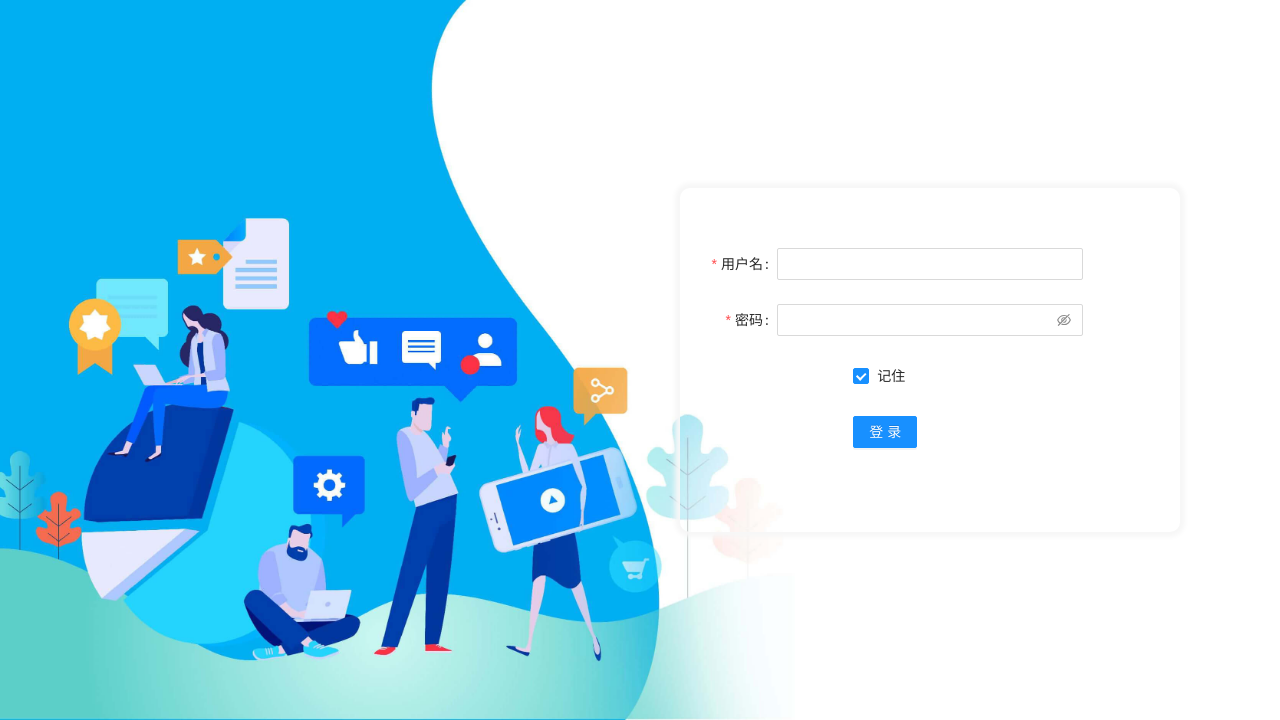
Repository: DallenCat/react-test
Page: /login
These files come from the project's save history. The page is drawn as it stood at one moment and after the next save; the edit follows.
The browser window is 1280 px wide. The pictures show the whole page.
The project was rebuilt for these pictures with package versions that can differ from the ones it lists, and the page was loaded fresh each time. Also part of the build but not shown: src/containers/dashboard/index.js, src/containers/personal/index.js, src/components/layout/index.css, src/components/layout/sider/menu.js, src/components/layout/sider/logo.js, src/components/layout/sider/index.js, src/components/layout/index.js.

Above is the page before, as saved 2021-10-29 17:32:17.

### src/index.js
/*
 * @Descripttion:
 * @version:
 * @Author: dal
 * @Date: 2021-10-26 17:14:54
 * @LastEditors: dal
 * @LastEditTime: 2021-10-28 17:36:55
 */
import React from 'react';
import ReactDOM from 'react-dom';
import './index.css';
import App from './App';
import reportWebVitals from './reportWebVitals';
import { Provider } from "react-redux"
import store from "./store"

ReactDOM.render(
  <Provider store={store}>
    <App />
  </Provider>,
  document.getElementById('root')
);

// If you want to start measuring performance in your app, pass a function
// to log results (for example: reportWebVitals(console.log))
// or send to an analytics endpoint. Learn more: https://bit.ly/CRA-vitals
reportWebVitals();

### src/App.js
/*
 * @Descripttion:
 * @version:
 * @Author: dal
 * @Date: 2021-10-26 17:14:54
 * @LastEditors: dal
 * @LastEditTime: 2021-10-29 16:36:06
 */

import './App.css';
import Routes from './routes';
import { BrowserRouter as Router, Switch, Route } from 'react-router-dom';
import SiderDemo from "@/components/layout/index.js"
import { Component } from 'react';
class App extends Component {
  render() {
    let staticPage = ['/login'] //不需要左侧导航的页面
    let LayoutRouter = (props) => {
      if (staticPage.includes(props.location.pathname)) {
        return (
          <Routes />
        )
      } else {
        return (
          <SiderDemo>
            <Routes />
          </SiderDemo>
        )
      }
    }
    return (
      <Router>
        <Switch>
          <Route path="/" component={LayoutRouter} />
        </Switch>
      </Router>
    )
  }

}
// render(<Router routes={routes} />, document.body)
export default App;

### src/store/index.js
/*
 * @Descripttion:
 * @version:
 * @Author: dal
 * @Date: 2021-10-28 17:32:00
 * @LastEditors: dal
 * @LastEditTime: 2021-10-29 15:12:22
 */
import { configureStore } from '@reduxjs/toolkit'

import counterReducer from '@/reducers/counterReducer'
import menuReducer from '@/reducers/menuReducer'

export default configureStore({
  reducer: {
    counter: counterReducer,
    menu: menuReducer
  }
})

### src/App.css
@import '~antd/dist/antd.css';

.App {
  text-align: center;
}

.App-logo {
  height: 40vmin;
  pointer-events: none;
}

@media (prefers-reduced-motion: no-preference) {
  .App-logo {
    animation: App-logo-spin infinite 20s linear;
  }
}

.App-header {
  background-color: #282c34;
  min-height: 100vh;
  display: flex;
  flex-direction: column;
  align-items: center;
  justify-content: center;
  font-size: calc(10px + 2vmin);
  color: white;
}

.App-link {
  color: #61dafb;
}

@keyframes App-logo-spin {
  from {
    transform: rotate(0deg);
  }

  to {
    transform: rotate(360deg);
  }
}

### src/routes/index.js
/*
 * @Descripttion:
 * @version:
 * @Author: dal
 * @Date: 2021-10-26 17:34:53
 * @LastEditors: dal
 * @LastEditTime: 2021-10-29 16:08:19
 */
import Login from "@/containers/login"
import Dashboard from "@/containers/dashboard"
import Personal from "@/containers/personal"
import { Route, Switch, withRouter } from 'react-router-dom';

const routes = () => {
  return (
    <Switch>
      <Route exact path={"/login"} component={Login} />
      <Route exact path={"/dashboard"} component={Dashboard} />
      <Route exact path={"/personal"} component={Personal} />

    </Switch>
  )
}
export default withRouter(routes)

### src/reducers/counterReducer.js
/*
 * @Descripttion:
 * @version:
 * @Author: dal
 * @Date: 2021-10-28 17:35:16
 * @LastEditors: dal
 * @LastEditTime: 2021-10-29 14:37:24
 */
import { createSlice } from '@reduxjs/toolkit'

export const counterSlice = createSlice({
  name: 'counter',
  initialState: {
    value: 0
  },
  reducers: {
    increment: state => {
      // Redux Toolkit allows us to write "mutating" logic in reducers. It
      // doesn't actually mutate the state because it uses the immer library,
      // which detects changes to a "draft state" and produces a brand new
      // immutable state based off those changes
      state.value += 1
    },
    decrement: state => {
      state.value -= 1
    },
    incrementByAmount: (state, action) => {
      state.value += action.payload
    }
  }
})

export const { increment, decrement, incrementByAmount } = counterSlice.actions
export const selectCount = state => state.counter.value
export default counterSlice.reducer

### src/reducers/menuReducer.js
/*
 * @Descripttion:
 * @version:
 * @Author: dal
 * @Date: 2021-10-29 14:58:26
 * @LastEditors: dal
 * @LastEditTime: 2021-10-29 15:12:01
 */
import { createSlice } from "@reduxjs/toolkit"

export const menuSlice = createSlice({
  name: "menu",
  initialState: {
    value: []
  },
  reducers: {
    setMenu: (state, action) => {
      state.value = action.payload
    }
  }
})
export const { setMenu } = menuSlice.actions
export const getMenu = state => state.menu.value
export default menuSlice.reducer

### src/containers/login/index.js
/*
 * @Descripttion:
 * @version:
 * @Author: dal
 * @Date: 2021-10-29 15:24:14
 * @LastEditors: dal
 * @LastEditTime: 2021-10-29 17:31:52
 */
import { Component } from "react";
import { Form, Input, Button, Checkbox } from 'antd';
import "./login.scss"

export function LoginForm(props) {

  const onFinish = (values) => {
    console.log('Success:', values);
  };

  const onFinishFailed = (errorInfo) => {
    console.log('Failed:', errorInfo);
  };
  return (
    <Form
      name="basic"
      labelCol={{ span: 4, }}
      wrapperCol={{ span: 16, }}
      initialValues={{ remember: true, }}
      onFinish={onFinish}
      onFinishFailed={onFinishFailed}
      autoComplete="off"
    >
      <Form.Item
        label="用户名"
        name="username"
        rules={[{ required: true, message: '请输入用户名', },]}
      >
        <Input />
      </Form.Item>

      <Form.Item
        label="密码"
        name="password"
        rules={[{ required: true, message: '请输入密码', },]}
      >
        <Input.Password />
      </Form.Item>

      <Form.Item
        name="remember"
        valuePropName="checked"
        wrapperCol={{ offset: 8, span: 16, }}
      >
        <Checkbox>记住</Checkbox>
      </Form.Item>

      <Form.Item wrapperCol={{ offset: 8, span: 16, }} >
        <Button type="primary" htmlType="submit">
          登录
        </Button>
      </Form.Item>
    </Form>
  );

}
//这边只有子组件内部的数据流向
//子组件与父组件怎么通信？
class LOGIN extends Component {
  render(h) {
    return (
      <div>
        <div className="bg">
          <div className="form">
            <LoginForm></LoginForm>
          </div>
        </div>
      </div>
    )
  }
}
export default LOGIN

### src/containers/login/login.scss
.bg {
  width: 100%;
  height: 100vh;
  background-image: url('~@/assets/images/login-background.jpg');
  background-size: 100% 100%;
  background-repeat: no-repeat;
  display: flex;
  align-items: center;
  justify-content: flex-end;
}

.form {
  width: 500px;
  margin-right: 100px;
  box-shadow: 0px 0px 5px 5px #f7f7f7;
  padding: 60px 20px;
  border-radius: 10px;
}

Loaded but not shown: public/index.html (common file); src/index.css (common file); src/reportWebVitals.js (common file)

After the next save:
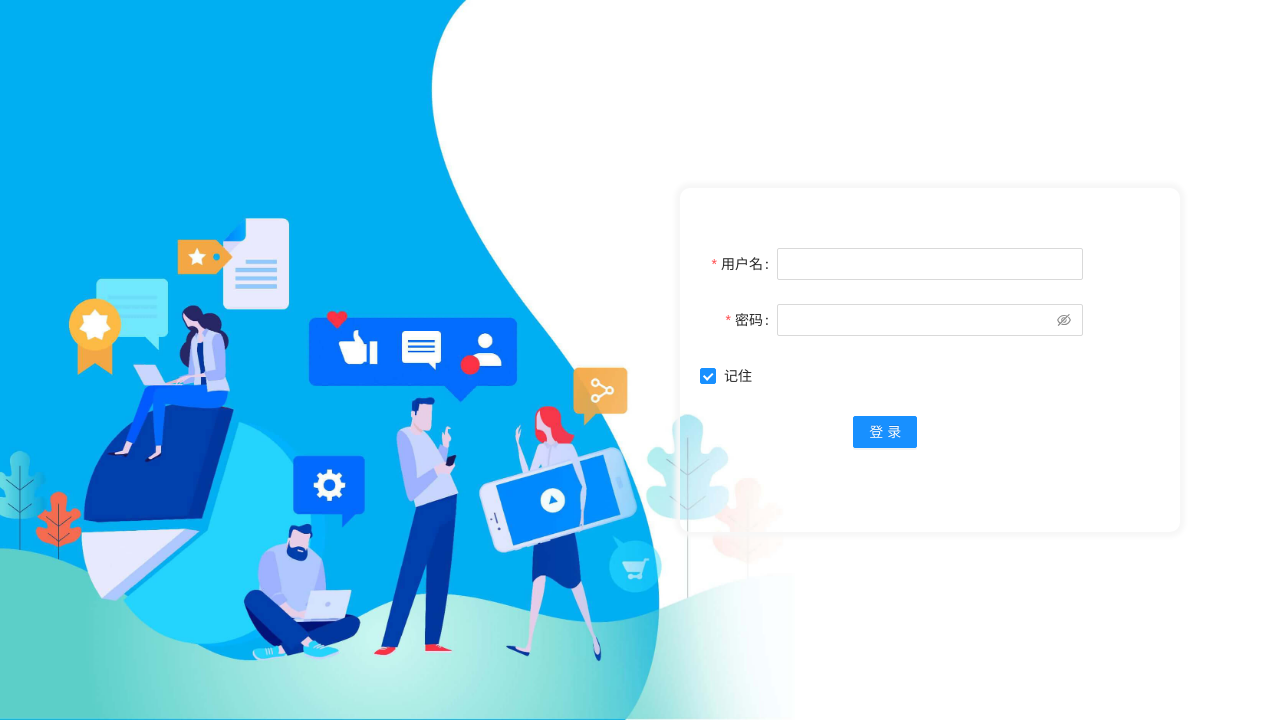
Saved 17 s later.
--- a/src/containers/login/index.js
+++ b/src/containers/login/index.js
@@ -48,7 +48,6 @@ export function LoginForm(props) {
       <Form.Item
         name="remember"
         valuePropName="checked"
-        wrapperCol={{ offset: 8, span: 16, }}
       >
         <Checkbox>记住</Checkbox>
       </Form.Item>
